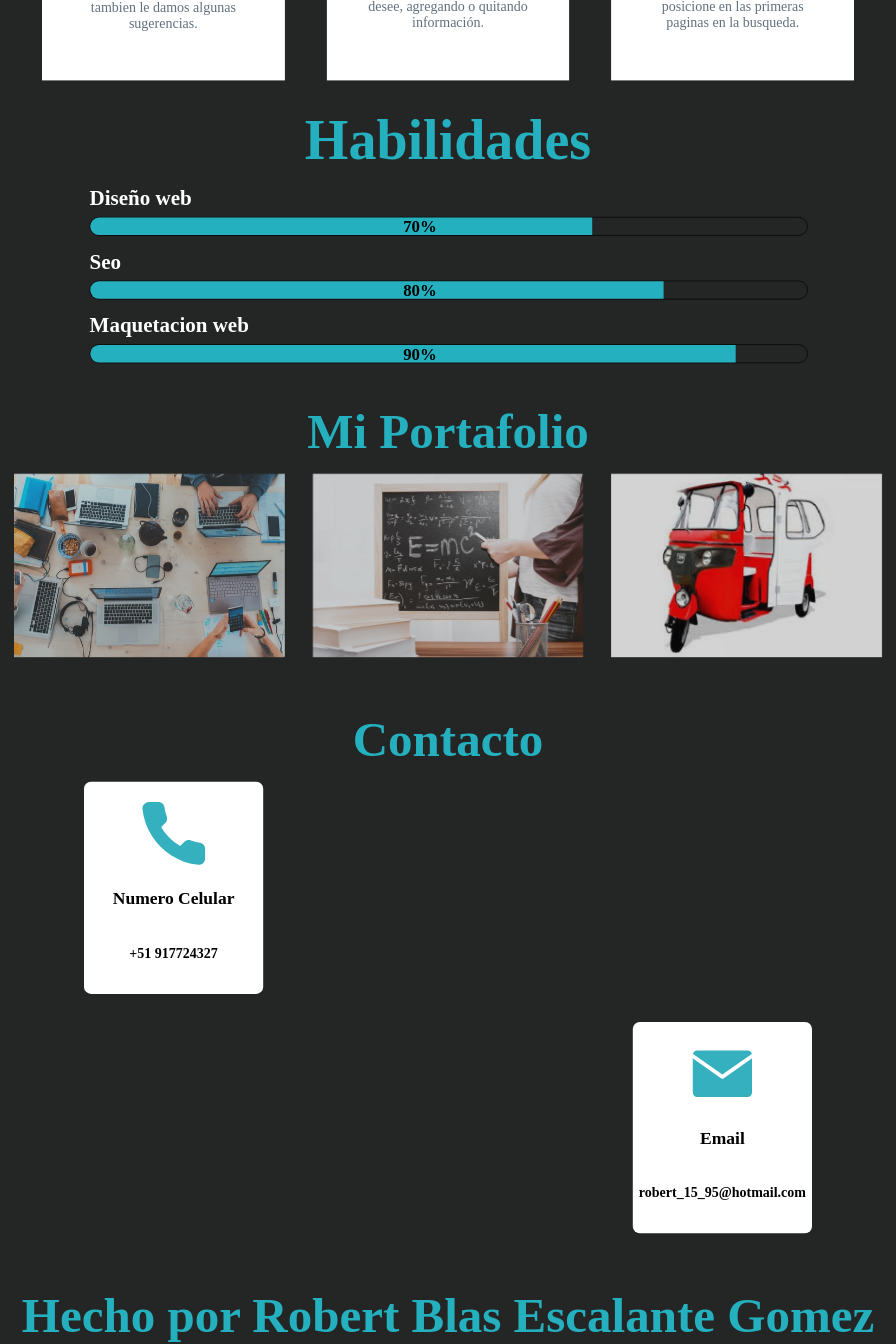
Repository: RobertAries28/PortafolioRobertEscalanteGomez2022
Page: index.html
An editor plug-in stored every save of this project. The page is shown before and after the next save, followed by the edit.
The browser window is 1280 px wide. The pictures show the part of the page from y = 1607 to 3527 px (the page is 3527 px tall before and 3503 px after), at 70% of full size.

Above is the page before, as saved 2022-02-15 20:52:21.

After the next save:
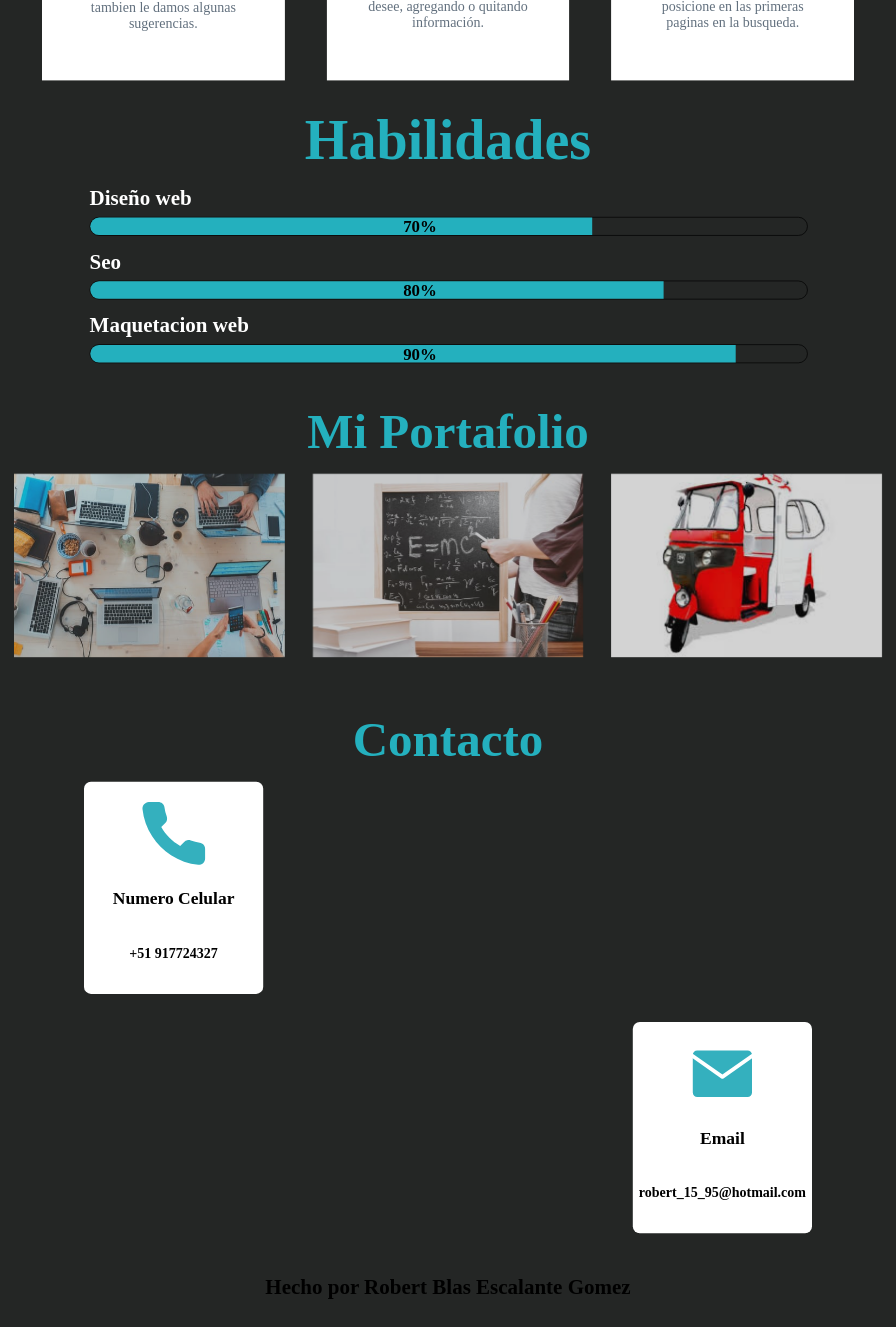
Saved 19 s later.
--- a/index.html
+++ b/index.html
@@ -200,7 +200,7 @@
       </div>
 
       <div class="autor">
-        <h2>Hecho por Robert Blas Escalante Gomez </h2>
+        <h4>Hecho por Robert Blas Escalante Gomez </h4>
       </div>
     </footer>
 
--- a/estilos.css
+++ b/estilos.css
@@ -437,7 +437,7 @@
 
  }
 
- .autor h2{
+ .autor h4{
      text-align: center;
      font-size: 30px;
  }
